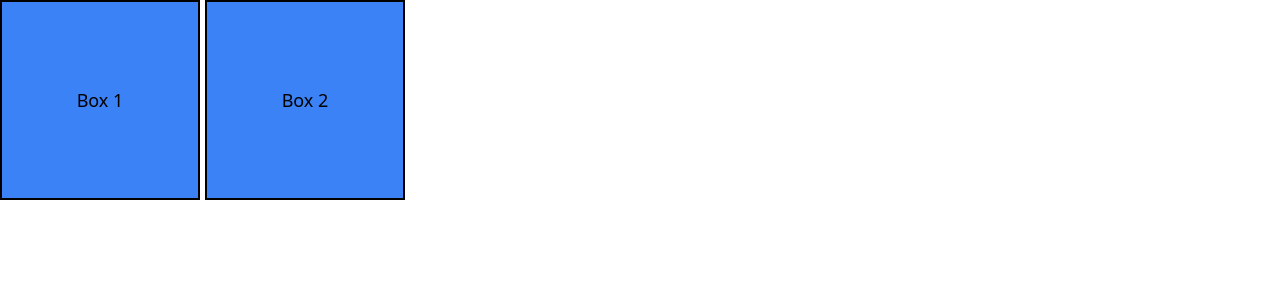
Repository: asadullah48/9th_class_nextjs
Page: /
The author's editor kept a copy of each file at every save. The page is drawn from the files as they stood at one save, then again after a run of saves.
The browser window is 1280 px wide. The pictures show the whole page.
The project was rebuilt for these pictures with package versions that can differ from the ones it lists, and the page was loaded fresh each time. The framework's server and built-in components were replaced by stand-ins that run in the browser. Also part of the build but not shown: next.config.ts.

Above is the page before, as saved 2024-11-21 09:56:55.

### src/app/layout.tsx
import type { Metadata } from "next";
import localFont from "next/font/local";
import "./globals.css";

const geistSans = localFont({
  src: "./fonts/GeistVF.woff",
  variable: "--font-geist-sans",
  weight: "100 900",
});
const geistMono = localFont({
  src: "./fonts/GeistMonoVF.woff",
  variable: "--font-geist-mono",
  weight: "100 900",
});

export const metadata: Metadata = {
  title: "Create Next App",
  description: "Generated by create next app",
};

export default function RootLayout({
  children,
}: Readonly<{
  children: React.ReactNode;
}>) {
  return (
    <html lang="en">
      <body className="text-[18px]">
        {children}
      </body>
    </html>
  );
}

### src/app/page.tsx
import React from "react";
import Image from "next/image";

function Home() {

  // let array: [string, number, boolean] = ["fahad", 2, true, "fahd"]

  return <div className="main flex h-screen">
    {/* <div className="box" id="box1">Box 1 </div>
    <div className="box" id="box2" >Box 2</div> */}
    <div className=" flex justify-center items-center h-[200px] w-[200px] bg-blue-500 border-2 border-black">Box 1 </div>
    <div className="flex justify-center items-center h-[200px] w-[200px] bg-blue-500 border-2 border-black">Box 2</div>
  </div>;
}

export default Home;

### src/app/globals.css
@tailwind base;
@tailwind components;
@tailwind utilities;

/* .header {
  font-weight: 700;
  font-size: 100px;
} */

/* 100 vh or h-screen = takes the full height of screen */

/* 50 % = 50% of parent height not screen */

.main {
    display: flex;
    gap: 5px;
    /* justify-content: center;
    align-items: center; */
    height: 100vh;
}

.box {
    display: flex;
    justify-content: center;
    align-items: center;
    height: 200px;
    width: 200px;
    background-color: aqua;
    border: 3px solid black;
}

@media (max-width: 320px) {
    /* .header {
        color: blue
    } */
     #box2 {
        background-color: red;
        border:3px solid green;
     }

     #box1 {
        /* display:none ; */
        visibility: hidden;
     }
}

@media (max-width: 768px) {
    .main {
        flex-direction: column;
    }
  /* 1px to 768px
    */
  /* .header {
    font-size: 50px;
  } */
}

Loaded but not shown: tailwind.config.ts (common file)

After the next 2 saves:
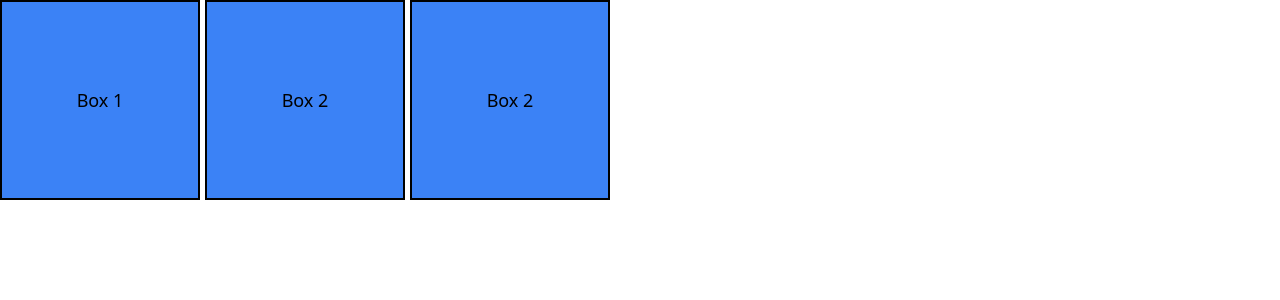
The 2 saves are shown as one change because they came seconds apart.
The last was saved 14 s later.
--- a/src/app/page.tsx
+++ b/src/app/page.tsx
@@ -10,6 +10,8 @@ function Home() {
     <div className="box" id="box2" >Box 2</div> */}
     <div className=" flex justify-center items-center h-[200px] w-[200px] bg-blue-500 border-2 border-black">Box 1 </div>
     <div className="flex justify-center items-center h-[200px] w-[200px] bg-blue-500 border-2 border-black">Box 2</div>
+    <div className="flex justify-center items-center h-[200px] w-[200px] bg-blue-500 border-2 border-black">Box 2</div>
+
   </div>;
 }
 
